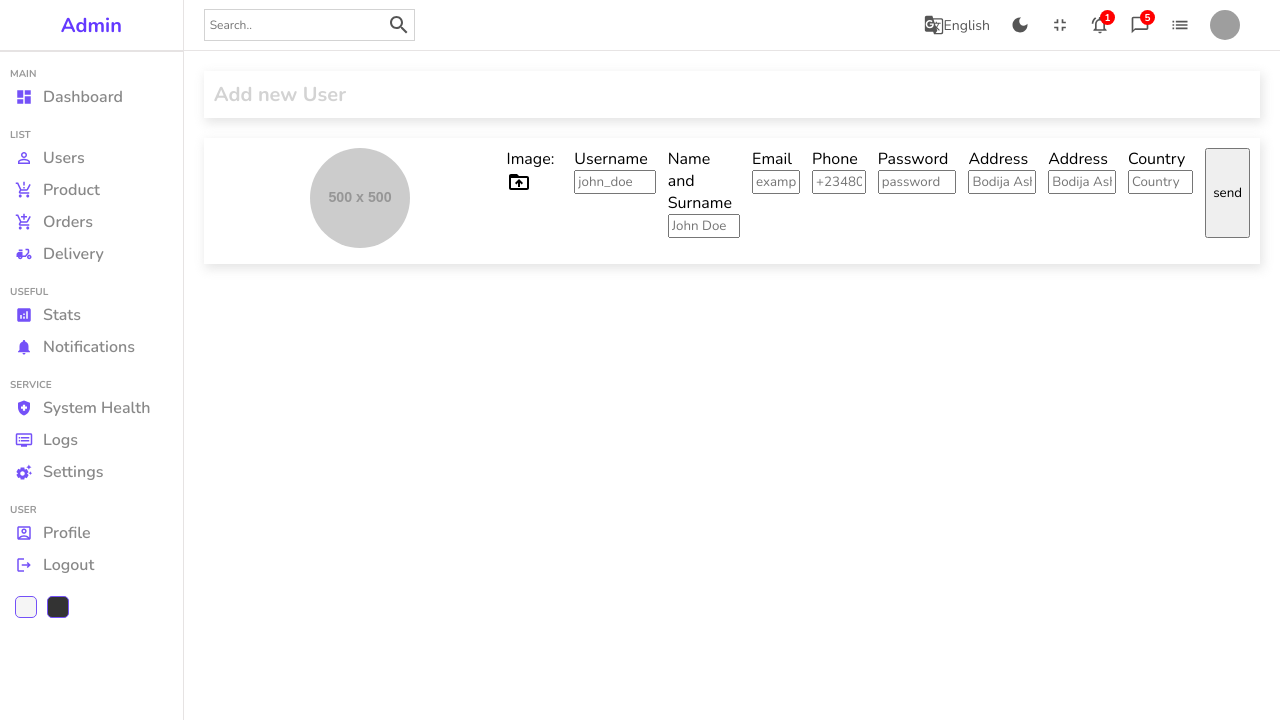
Repository: maescode/simple-react-admin-dashboard
Page: /users/new
An editor plug-in stored every save of this project. The page is shown before and after a run of saves, followed by the edit.
The browser window is 1280 px wide. The pictures show the whole page.
Pictures or frames that could not be fetched are drawn as grey boxes. The project was rebuilt for these pictures with package versions that can differ from the ones it lists, and the page was loaded fresh each time. Also part of the build but not shown: src/App.css, src/pages/home/home.scss, src/pages/components/widget/widget.scss, src/pages/components/widget/Widget.jsx, src/pages/components/featured/featured.scss, src/pages/components/featured/Featured.jsx, src/pages/components/chart/chart.scss, src/pages/components/chart/Chart.jsx and 11 more.

Above is the page before, as saved 2022-08-10 05:57:47.

### public/index.html
<!DOCTYPE html>
<html lang="en">
  <head>
    <meta charset="utf-8" />
    <link rel="icon" href="%PUBLIC_URL%/favicon.ico" />
    <meta name="viewport" content="width=device-width, initial-scale=1" />
    <meta name="theme-color" content="#000000" />
    <meta
      name="description"
      content="Web site created using create-react-app"
    />
    <link rel="apple-touch-icon" href="%PUBLIC_URL%/logo192.png" />
    <link rel="manifest" href="%PUBLIC_URL%/manifest.json" />
    <link rel="preconnect" href="https://fonts.googleapis.com" />
    <link rel="preconnect" href="https://fonts.gstatic.com" crossorigin />
    <link
      href="https://fonts.googleapis.com/css2?family=Nunito:ital,wght@0,200;0,300;0,400;0,500;0,600;0,700;0,800;1,500&display=swap"
      rel="stylesheet"
    />
    <style>
      * {
        font-family: Nunito;
        margin: 0;
      }
    </style>
    <title>Dashboard</title>
  </head>
  <body>
    <noscript>You need to enable JavaScript to run this app.</noscript>
    <div id="root"></div>
  </body>
</html>

### src/App.js
import { BrowserRouter, Routes, Route, Link } from 'react-router-dom';
import './App.css';
import Home from './pages/home/Home';
import Login from './pages/login/Login';
import List from './pages/list/List';
import New from './pages/new/New';
import Single from './pages/single/Single';

function App() {
  return (
    <>
      <BrowserRouter>
        <Routes>
          <Route path="/">
            <Route index element={<Home />} />
            <Route path="login" element={<Login />} />
            <Route path="users">
              <Route index element={<List />} />
              <Route path=":userId" element={<Single />} />
              <Route path="new" element={<New />} />
            </Route>
            <Route path="products">
              <Route index element={<List />} />
              <Route path=":productsId" element={<Single />} />
              <Route path="new" element={<New />} />
            </Route>
          </Route>
        </Routes>
      </BrowserRouter>
    </>
  );
}

export default App;

### src/pages/new/New.jsx
import React from 'react';
import Navbar from '../components/navbar/Navbar';
import Sidebar from '../components/sidebar/Sidebar';
import Datatable from '../components/datatable/Datatable';
import Chart from '../components/chart/Chart';
import DriveFolderUploadIcon from '@mui/icons-material/DriveFolderUpload';

import './new.scss';

const New = () => {
  return (
    <div className="new">
      <Sidebar />
      <div className="newContainer">
        <Navbar />
        <div className="top">
          <h1>Add new User</h1>
        </div>
        <div className="bottom">
          <div className="left">
            <img
              src="http://dummyimage.com/500x500.png/dddddd/000000"
              alt="alt"
            />
          </div>
          <div className="right">
            <form className="form">
              <div className="formInput">
                <label htmlFor="file">
                  Image: <DriveFolderUploadIcon className="icon" />
                </label>
                <input
                  type="file"
                  name="file"
                  id="file"
                  style={{ display: 'none' }}
                />
              </div>

              <div className="formInput">
                <label>Username</label>
                <input type="text" name="username" placeholder="john_doe" />
              </div>

              <div className="formInput">
                <label>Name and Surname</label>
                <input
                  type="text"
                  name="name_and_surname"
                  placeholder="John Doe"
                />
              </div>

              <div className="formInput">
                <label>Email</label>
                <input
                  type="email"
                  name="email"
                  placeholder="example@gmail.com"
                />
              </div>

              <div className="formInput">
                <label>Phone</label>
                <input type="text" name="phone" placeholder="+2348066181836" />
              </div>

              <div className="formInput">
                <label>Password</label>
                <input type="password" name="password" placeholder="password" />
              </div>

              <div className="formInput">
                <label>Address</label>
                <input
                  type="text"
                  name="address"
                  placeholder="Bodija Ashi, Ibadan"
                />
              </div>

              <div className="formInput">
                <label>Address</label>
                <input
                  type="text"
                  name="address"
                  placeholder="Bodija Ashi, Ibadan"
                />
              </div>

              <div className="formInput">
                <label>Country</label>
                <input type="text" name="country" placeholder="Country" />
              </div>

              <button>send</button>
            </form>
          </div>
        </div>
      </div>
    </div>
  );
};

export default New;

### src/pages/components/sidebar/Sidebar.jsx
import React from 'react';
import './sidebar.scss';
import DashboardIcon from '@mui/icons-material/Dashboard';
import PersonOutlineOutlinedIcon from '@mui/icons-material/PersonOutlineOutlined';
import ProductionQuantityLimitsOutlinedIcon from '@mui/icons-material/ProductionQuantityLimitsOutlined';
import LogoutOutlinedIcon from '@mui/icons-material/LogoutOutlined';
import AccountBoxOutlinedIcon from '@mui/icons-material/AccountBoxOutlined';
import AddShoppingCartIcon from '@mui/icons-material/AddShoppingCart';
import DeliveryDiningIcon from '@mui/icons-material/DeliveryDining';
import AnalyticsIcon from '@mui/icons-material/Analytics';
import NotificationsIcon from '@mui/icons-material/Notifications';
import HealthAndSafetyIcon from '@mui/icons-material/HealthAndSafety';
import DvrIcon from '@mui/icons-material/Dvr';
import SettingsSuggestIcon from '@mui/icons-material/SettingsSuggest';
const Sidebar = () => {
  return (
    <div className="sidebar">
      <div className="top">
        <span className="logo">Admin</span>
      </div>
      <hr />
      <div className="center">
        <ul>
          <p className="title">MAIN</p>
          <li>
            <DashboardIcon className="icon" />
            <span>Dashboard</span>
          </li>
          <p className="title">LIST</p>
          <li>
            <PersonOutlineOutlinedIcon className="icon" />
            <span>Users</span>
          </li>
          <li>
            <ProductionQuantityLimitsOutlinedIcon className="icon" />
            <span>Product</span>
          </li>
          <li>
            <AddShoppingCartIcon className="icon" />
            <span>Orders</span>
          </li>
          <li>
            <DeliveryDiningIcon className="icon" />
            <span>Delivery</span>
          </li>
          <p className="title">USEFUL</p>
          <li>
            <AnalyticsIcon className="icon" />
            <span>Stats</span>
          </li>
          <li>
            <NotificationsIcon className="icon" />
            <span>Notifications</span>
          </li>
          <p className="title">SERVICE</p>
          <li>
            <HealthAndSafetyIcon className="icon" />
            <span>System Health</span>
          </li>
          <li>
            <DvrIcon className="icon" />
            <span>Logs</span>
          </li>
          <li>
            <SettingsSuggestIcon className="icon" />
            <span>Settings</span>
          </li>
          <p className="title">USER</p>
          <li>
            <AccountBoxOutlinedIcon className="icon" />
            <span>Profile</span>
          </li>
          <li>
            <LogoutOutlinedIcon className="icon" />
            <span>Logout</span>
          </li>
        </ul>
      </div>
      <div className="bottom">
        <div className="colorOption"></div>
        <div className="colorOption"></div>
      </div>
    </div>
  );
};

export default Sidebar;

### src/pages/components/navbar/Navbar.jsx
import React from 'react';
import './navbar.scss';
import SearchIcon from '@mui/icons-material/Search';
import GTranslateIcon from '@mui/icons-material/GTranslate';
import DarkModeIcon from '@mui/icons-material/DarkMode';
import FullscreenExitIcon from '@mui/icons-material/FullscreenExit';
import NotificationsActiveOutlinedIcon from '@mui/icons-material/NotificationsActiveOutlined';
import ChatBubbleOutlineOutlinedIcon from '@mui/icons-material/ChatBubbleOutlineOutlined';
import ListOutlinedIcon from '@mui/icons-material/ListOutlined';

const Navbar = () => {
  return (
    <div className="navbar">
      <div className="wrapper">
        <div className="search">
          <input type="search" placeholder="Search.." className="" />
          <SearchIcon />
        </div>
        <div className="items">
          <div className="item">
            <GTranslateIcon className="icon" />
            English
          </div>
          <div className="item">
            <DarkModeIcon className="icon" />
          </div>
          <div className="item">
            <FullscreenExitIcon className="icon" />
          </div>
          <div className="item">
            <NotificationsActiveOutlinedIcon className="icon" />
            <div className="counter">1</div>
          </div>
          <div className="item">
            <ChatBubbleOutlineOutlinedIcon className="icon" />
            <div className="counter">5</div>
          </div>
          <div className="item">
            <ListOutlinedIcon className="icon" />
          </div>

          <div className="item">
            <img
              src={'https://picsum.photos/id/237/200/300'}
              className="avatar"
              alt="icon"
            />
          </div>
        </div>
      </div>
    </div>
  );
};

export default Navbar;

### src/pages/new/new.scss
.new {
  width: 100%;
  display: flex;

  .newContainer {
    flex: 6;

    .top,
    .bottom {
      padding: 10px;
      margin: 20px;
      -webkit-box-shadow: 2px 4px 10px 1px rgba(0, 0, 0, 0.47);
      box-shadow: 2px 4px 10px 1px rgba(201, 201, 201, 0.47);
      display: flex;

      h1 {
        color: lightgrey;
        font-size: 20px;
      }
    }

    .left {
      flex: 1;
      text-align: center;
      img {
        width: 100px;
        height: 100px;
        border-radius: 50%;
        object-fit: contain;
      }
    }
    .right {
      flex: 1;

      form {
        display: flex;
        flex: wrap;
        gap: 20px;

        .formInput {
          width: 40%;

          input {
            width: 100%;
          }
        }
      }
    }
  }
}

### src/pages/components/sidebar/sidebar.scss
.sidebar {
  flex: 1;
  border-right: 0.5px solid rgb(230, 227, 227);
  min-height: 100vh;
  background-color: white;
  .top {
    height: 50px;
    display: flex;
    align-items: center;
    justify-content: center;

    .logo {
      font-size: 20px;
      font-weight: bold;
      color: #6439ff;
    }
  }

  hr {
    height: 0;
    border: 0.5px solid rgb(230, 227, 227);
  }

  .center {
    padding-left: 10px;
    ul {
      list-style: none;
      margin: 0;
      padding: 0;

      li {
        display: flex;
        align-items: center;
        padding: 5px;
        cursor: pointer;
        &:hover {
          background-color: #ece8ff;
        }

        .icon {
          font-size: 18px;
          color: #7451f8;
        }

        span {
          font: size 13px;
          font-weight: 600;
          color: #888;
          margin-left: 10px;
        }
      }

      .title {
        font-size: 10px;
        font-weight: bold;
        color: #999;
        margin-top: 15px;
      }
    }
  }

  .bottom {
    display: flex;
    align-items: center;
    margin: 10px;

    .colorOption {
      width: 20px;
      height: 20px;
      border-radius: 5px;
      border: 1px solid #7451f8;
      cursor: pointer;
      margin: 5px;

      &:nth-child(1) {
        background-color: whitesmoke;
      }
      &:nth-child(2) {
        background-color: #333;
      }
    }
  }
}

### src/pages/components/navbar/navbar.scss
.navbar {
  height: 50px;
  border-bottom: 0.5px solid rgb(231, 228, 228);
  display: flex;
  align-items: center;
  font-size: 14px;
  color: #555;

  .wrapper {
    width: 100%;
    display: flex;
    align-items: center;
    justify-content: space-between;
    padding: 20px;

    .search {
      display: flex;
      align-items: center;
      border: 0.5px solid lightgrey;
      padding: 3px;

      input {
        border: none;
        outline: none;
        background-color: transparent;

        &::placeholder {
          font-size: 12px;
        }
      }
    }

    .items {
      display: flex;
      align-items: center;

      .item {
        display: flex;
        align-items: center;
        margin-right: 20px;
        position: relative;
        cursor: pointer;

        .icon {
          font-size: 20px;
        }

        .avatar {
          width: 30px;
          height: 30px;
          border-radius: 100%;
        }
        .counter {
          background-color: red;
          width: 15px;
          height: 15px;
          border-radius: 100%;
          color: white;
          display: flex;
          align-items: center;
          justify-content: center;
          font-size: 10px;
          font-weight: bold;
          position: absolute;
          top: -5px;
          right: -5px;
        }
      }
    }
  }
}

Loaded but not shown: src/index.js (common file); src/index.css (common file); src/reportWebVitals.js (common file)

After the next 2 saves:
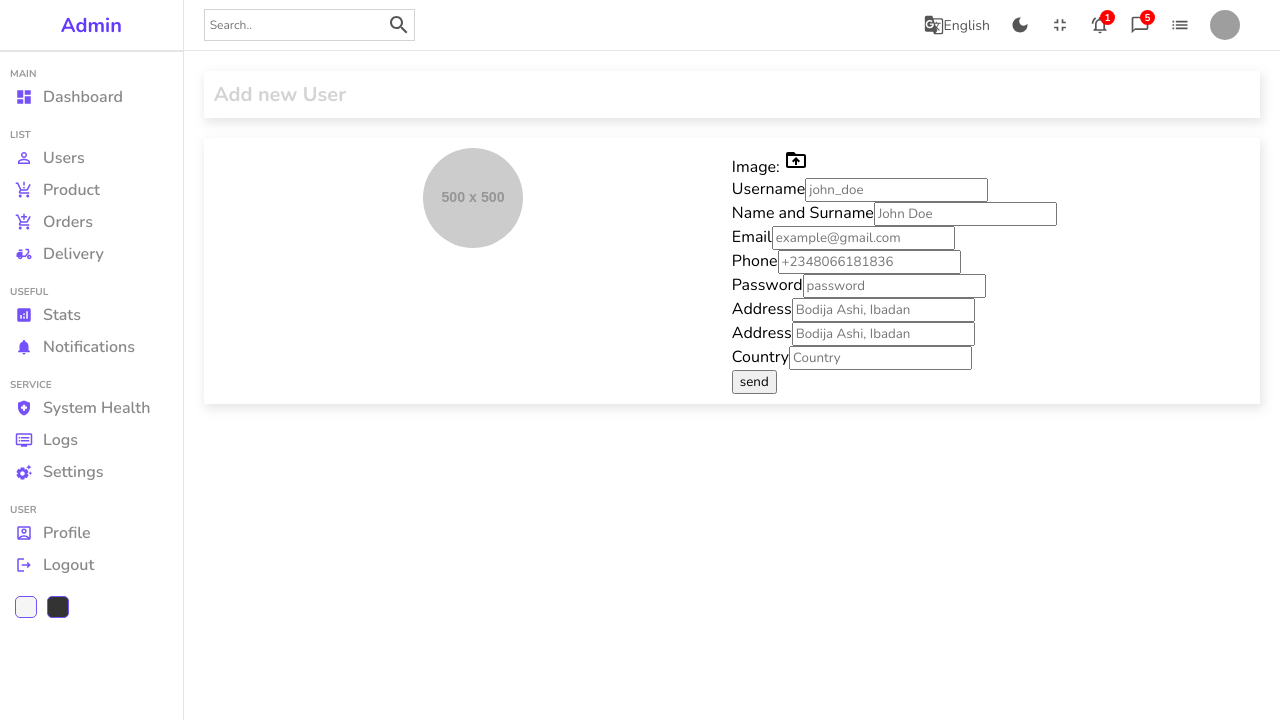
The 2 saves are shown as one change because 1 did not build or start.
The last was saved 3 min 9 s later.
--- a/src/pages/new/new.scss
+++ b/src/pages/new/new.scss
@@ -32,19 +32,19 @@
     .right {
       flex: 1;
 
-      form {
-        display: flex;
-        flex: wrap;
-        gap: 20px;
+      //   form {
+      //     display: flex;
+      //     flex: wrap;
+      //     gap: 20px;
 
-        .formInput {
-          width: 40%;
+      //     .formInput {
+      //       width: 40%;
 
-          input {
-            width: 100%;
-          }
-        }
-      }
+      //       input {
+      //         width: 100%;
+      //       }
+      //     }
+      //   }
     }
   }
 }
